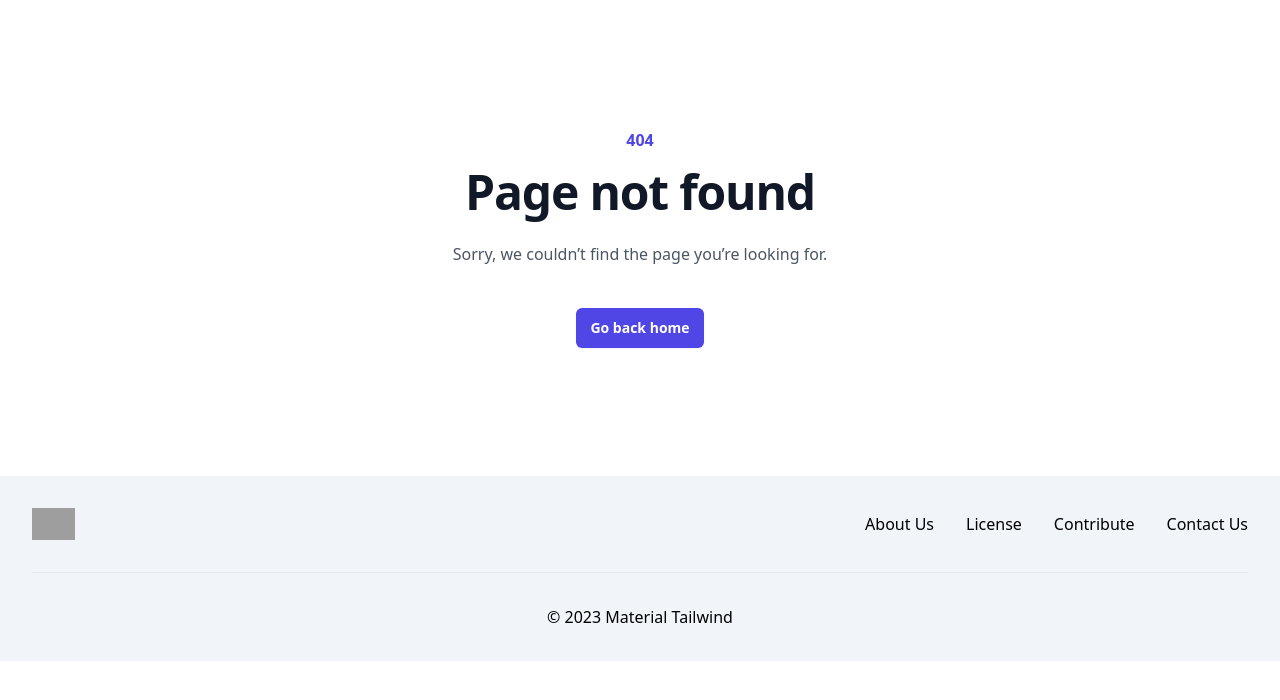
Repository: PrzemyslawJura/my-app
Page: /stronasalonu (app in frontend/)
These files come from the project's save history. The page is drawn as it stood at one moment and after the next save; the edit follows.
The browser window is 1280 px wide. The pictures show the whole page.
Pictures or frames that could not be fetched are drawn as grey boxes. The project was rebuilt for these pictures with package versions that can differ from the ones it lists, and the page was loaded fresh each time. Also part of the build but not shown: frontend/src/components/Location.jsx, frontend/src/home/Feature.jsx, frontend/src/shared_np_buttony_inputy_kalendarze_itp/PaginationTile.jsx, frontend/src/home/Pagination.jsx, frontend/src/home/Listbox.jsx, frontend/src/home/ListboxTime.jsx, frontend/src/home/StepOne.jsx, frontend/src/home/StepTwo.jsx and 24 more.

Above is the page before, as saved 2023-11-27 13:23:11.

After the next save:
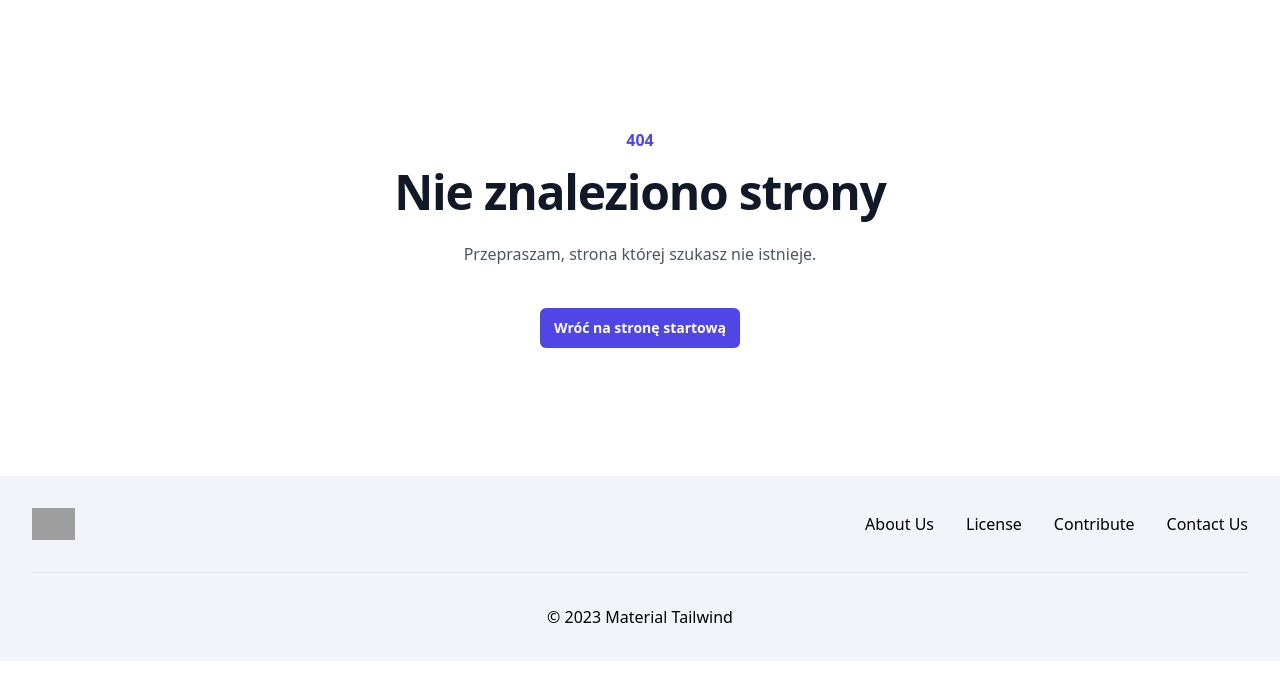
Saved 89 s later.
--- a/frontend/src/pages/PageNotFound.jsx
+++ b/frontend/src/pages/PageNotFound.jsx
@@ -4,14 +4,14 @@ export default function PageNotFound() {
         <main className="grid min-h-full place-items-center bg-white px-6 py-24 sm:py-32 lg:px-8">
           <div className="text-center">
             <p className="text-base font-semibold text-indigo-600">404</p>
-            <h1 className="mt-4 text-3xl font-bold tracking-tight text-gray-900 sm:text-5xl">Page not found</h1>
-            <p className="mt-6 text-base leading-7 text-gray-600">Sorry, we couldn’t find the page you’re looking for.</p>
+            <h1 className="mt-4 text-3xl font-bold tracking-tight text-gray-900 sm:text-5xl">Nie znaleziono strony</h1>
+            <p className="mt-6 text-base leading-7 text-gray-600">Przepraszam, strona której szukasz nie istnieje.</p>
             <div className="mt-10 flex items-center justify-center gap-x-6">
               <a
                 href="#"
                 className="rounded-md bg-indigo-600 px-3.5 py-2.5 text-sm font-semibold text-white shadow-sm hover:bg-indigo-500 focus-visible:outline focus-visible:outline-2 focus-visible:outline-offset-2 focus-visible:outline-indigo-600"
               >
-                Go back home
+                Wróć na stronę startową
               </a>
             </div>
           </div>
